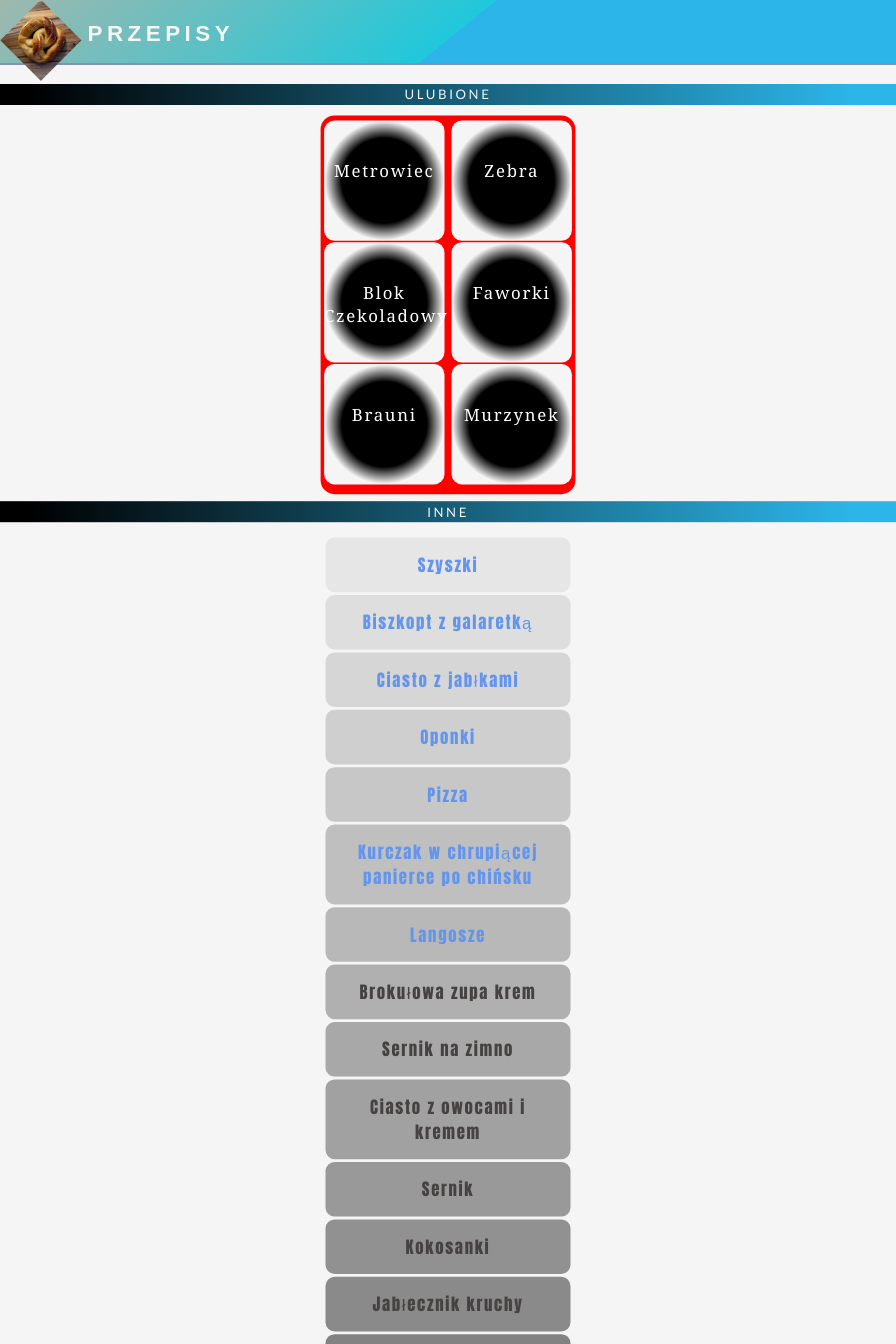
Repository: yaoayh/przepisy
Page: index.html
These files come from the project's save history. The page is drawn as it stood at one moment and after the next save; the edit follows.
The browser window is 1280 px wide. The pictures show the part of the page from y = 0 to 1920 px (the page is 3147 px tall before and 3137 px after), at 70% of full size.

Above is the page before, as saved 2020-08-14 17:33:35.

After the next save:
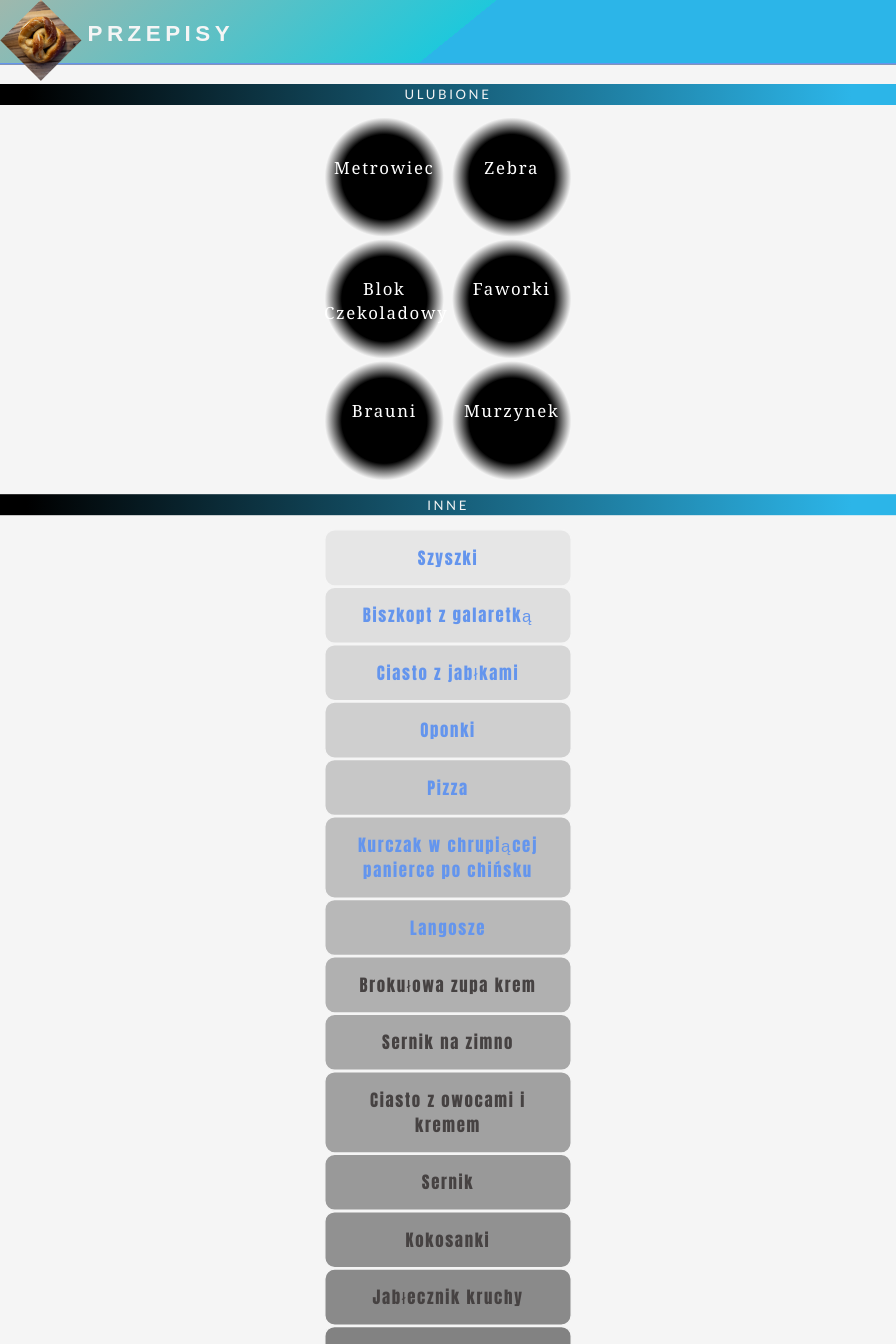
Saved 2 min 16 s later.
--- a/css/styles.css
+++ b/css/styles.css
@@ -80,8 +80,8 @@ form.head_Sqares {
     margin: auto;
     height: 531px; /*531px;*/
     width: 354px;/*354px;*/
-    background-color: red;
-    border-radius: 20px;
+    background-color: whitesmoke;
+    border-radius: 20px
     padding: 5px;}
 
 .sqares_Left, .sqares_Right {
